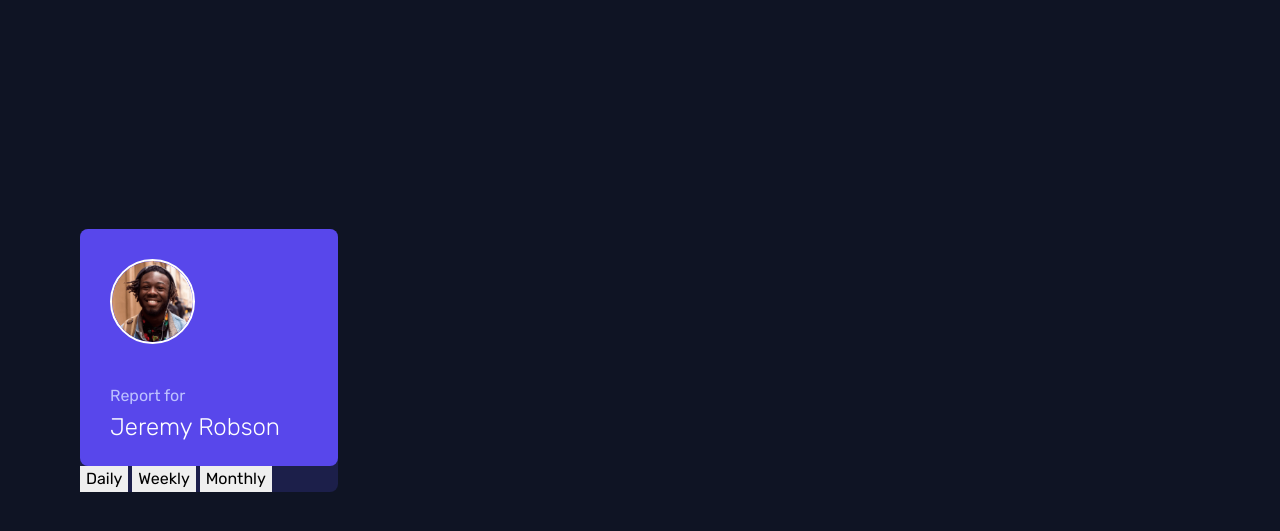
Repository: Akashiii1/WebTimeTracking_Day6
Page: index.html
The author's editor kept a copy of each file at every save. The page is drawn from the files as they stood at one save, then again after the next save.
The browser window is 1280 px wide. The pictures show the whole page.

Above is the page before, as saved 2021-12-26 23:51:31.

After the next save:
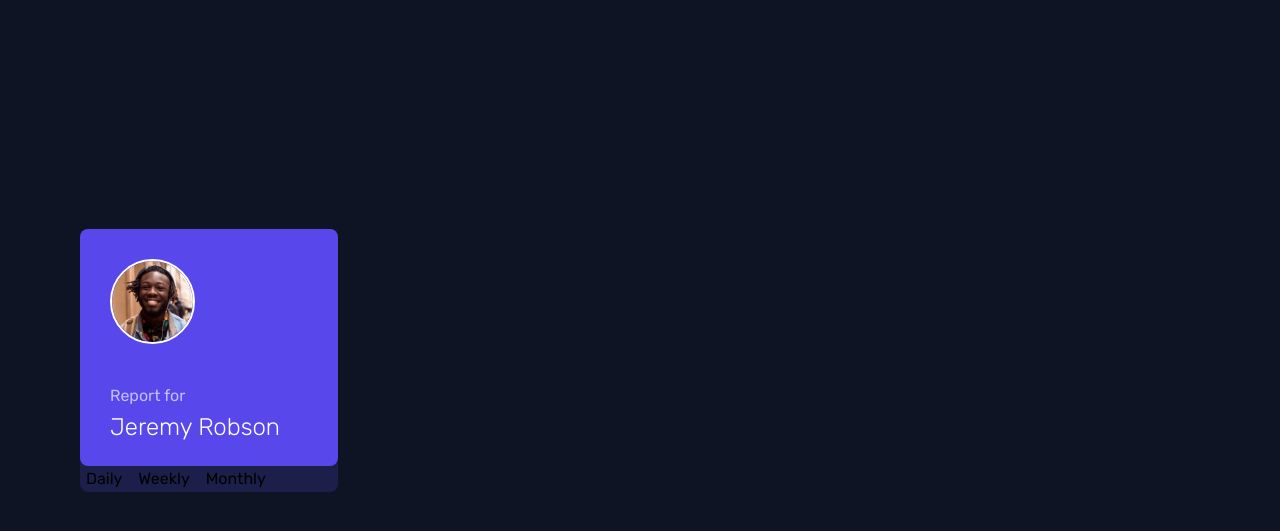
Saved 4 s later.
--- a/style.css
+++ b/style.css
@@ -97,6 +97,7 @@ button{
 .user-btn{
   border: 0;
   outline: none;
+  background-color: transparent;
 }
 /* remove animation for people who've turned them off */
 @media (prefers-reduced-motion: reduce) {
